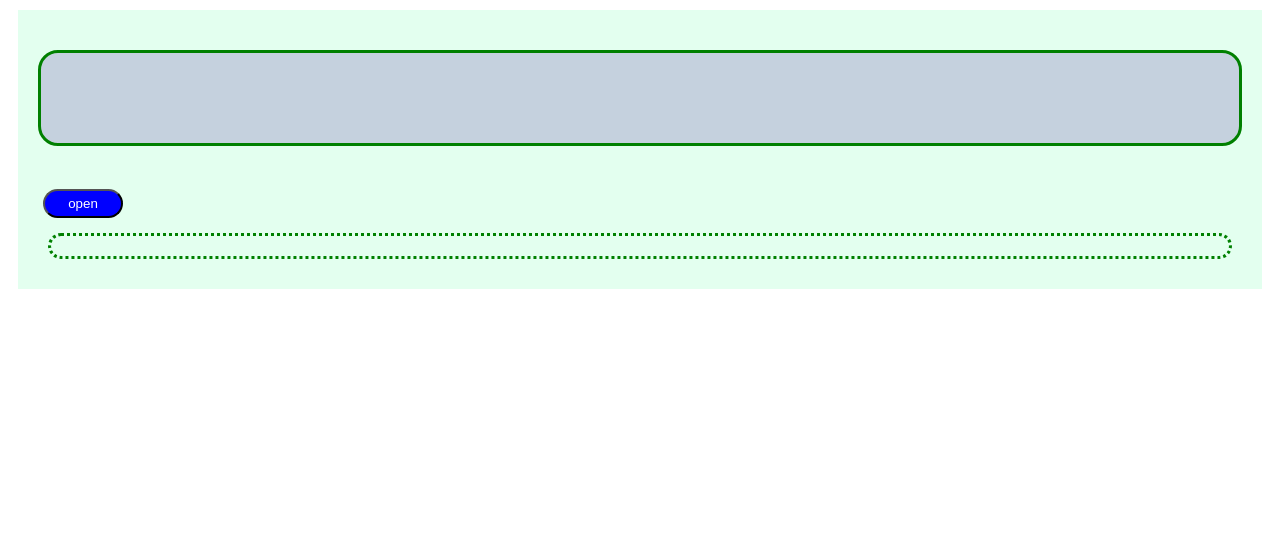
Repository: ypyp0205/jquery
Page: jqpro/WebContent/0204/0205/event_test2.html
The author's editor kept a copy of each file at every save. The page is drawn from the files as they stood at one save, then again after the next save.
The browser window is 1280 px wide. The pictures show the whole page.

Above is the page before, as saved 2020-02-05 05:13:09.

After the next save:
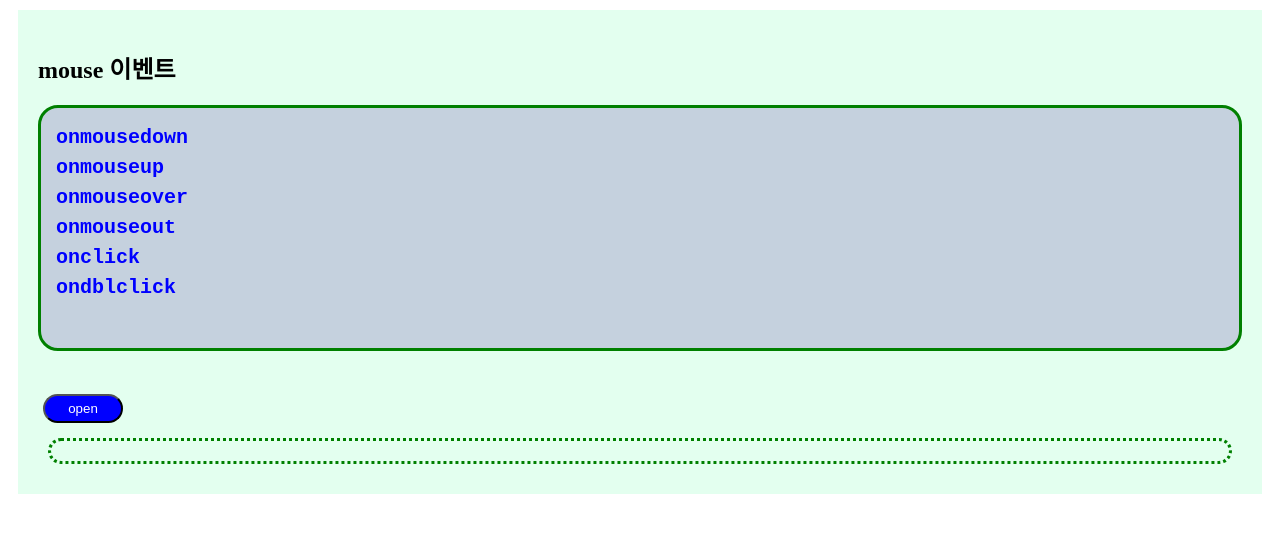
Saved 3 min 2 s later.
--- a/jqpro/WebContent/0204/0205/event_test2.html
+++ b/jqpro/WebContent/0204/0205/event_test2.html
@@ -22,10 +22,15 @@
 	}
 	function overProc() {
 		// div에 마우스를 누르지 않고 올려놓을때
+		result1.style.background = "skyblue"
+		brn1.style.height = "50px;";
+	}
+	function outProc() {
+		// div에 마우스를 누르지 않고 올려놓을때
 		result1.style.background = "white"
 		brn1.style.color = "auto";
 	}
-	function outProc() {
+	function dblProc() {
 
 	}
 </script>
@@ -33,12 +38,17 @@
 <body>
 
 	<div class="box">
-		<h2></h2>
+		<h2>mouse 이벤트</h2>
 		<pre>
-
+onmousedown
+onmouseup
+onmouseover
+onmouseout
+onclick
+ondblclick
 		</pre>
 		<br>
-		<button id="btn1" type="button" onmousedown="downProc()" onmouseup="upProc()">open</button>
+		<button id="btn1" type="button" ondblclick="dblProc()"  onmousedown="downProc()" onmouseup="upProc()">open</button>
 		<br>
 		<div id="result1" onmouseover="overProc()" onmouseout="outProc()"></div>
 	</div>
